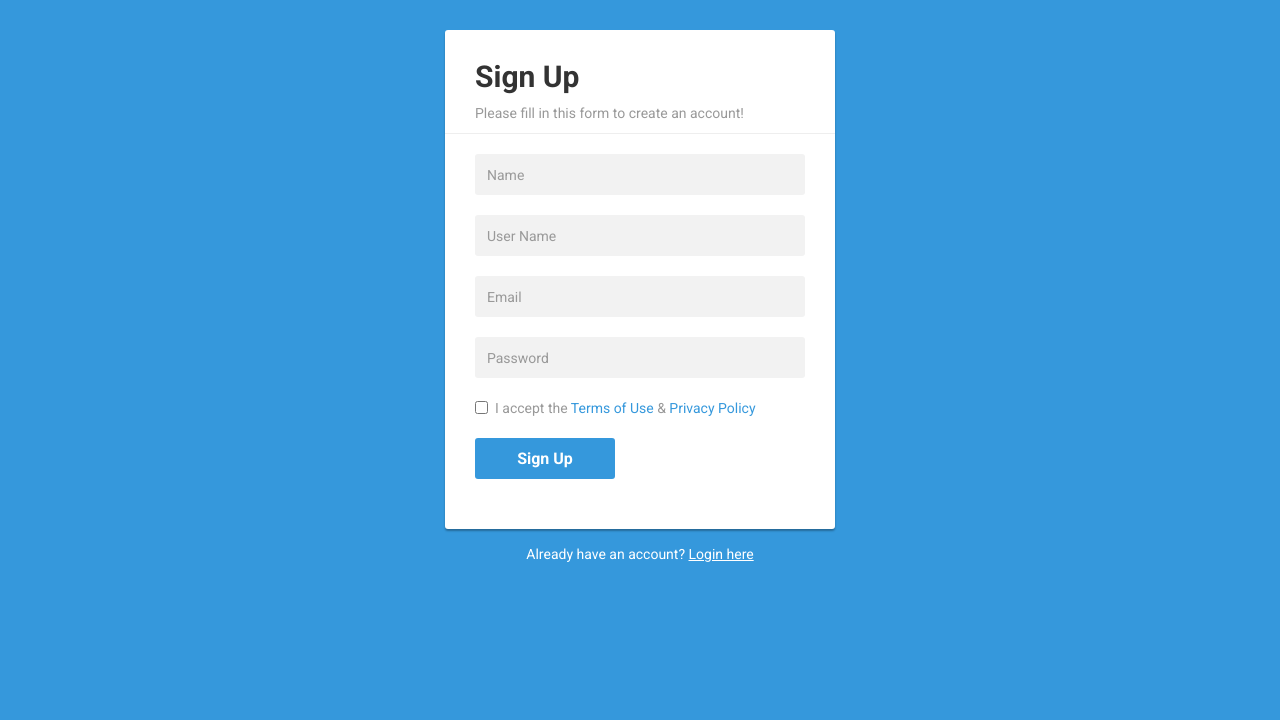
Repository: Rajat-Jain29/Java-Spring-Boot
Page: http://localhost/Registration/register.jsp
The author's editor kept a copy of each file at every save. The page is drawn from the files as they stood at one save, then again after the next save.
The browser window is 1280 px wide. The pictures show the whole page.
The page is served by Tomcat 9. Other server files are loaded and not shown.

Above is the page before, as saved 2021-03-21 09:24:15.

### Registration/Registration/WebContent/register.jsp
<%@ page language="java" contentType="text/html; charset=ISO-8859-1"
    pageEncoding="ISO-8859-1"%>
<!DOCTYPE html PUBLIC "-//W3C//DTD HTML 4.01 Transitional//EN" "http://www.w3.org/TR/html4/loose.dtd">
<html lang="en">
<head>
<meta charset="utf-8">
<meta http-equiv="X-UA-Compatible" content="IE=edge">
<meta name="viewport" content="width=device-width, initial-scale=1">
<link href="https://fonts.googleapis.com/css?family=Roboto:400,700" rel="stylesheet">
<title>SIGN UP FORM</title>
<link rel="stylesheet" href="https://maxcdn.bootstrapcdn.com/bootstrap/3.3.7/css/bootstrap.min.css">
<script src="https://ajax.googleapis.com/ajax/libs/jquery/1.12.4/jquery.min.js"></script>
<script src="https://maxcdn.bootstrapcdn.com/bootstrap/3.3.7/js/bootstrap.min.js"></script>
<style>
	body {
		color: #fff;
		background: #3598dc;
		font-family: 'Roboto', sans-serif;
	}
    .form-control{
		height: 41px;
		background: #f2f2f2;
		box-shadow: none !important;
		border: none;
	}
	.form-control:focus{
		background: #e2e2e2;
	}
    .form-control, .btn{
        border-radius: 3px;
    }
	.signup-form{
		width: 390px;
		margin: 30px auto;
	}
	.signup-form form{
		color: #999;
		border-radius: 3px;
    	margin-bottom: 15px;
        background: #fff;
        box-shadow: 0px 2px 2px rgba(0, 0, 0, 0.3);
        padding: 30px;
    }
	.signup-form h2 {
		color: #333;
		font-weight: bold;
        margin-top: 0;
    }
    .signup-form hr {
        margin: 0 -30px 20px;
    }
	.signup-form .form-group{
		margin-bottom: 20px;
	}
	.signup-form input[type="checkbox"]{
		margin-top: 3px;
	}
	.signup-form .row div:first-child{
		padding-right: 10px;
	}
	.signup-form .row div:last-child{
		padding-left: 10px;
	}
    .signup-form .btn{
        font-size: 16px;
        font-weight: bold;
		background: #3598dc;
		border: none;
		min-width: 140px;
    }
	.signup-form .btn:hover, .signup-form .btn:focus{
		background: #2389cd !important;
        outline: none;
	}
    .signup-form a{
		color: #fff;
		text-decoration: underline;
	}
	.signup-form a:hover{
		text-decoration: none;
	}
	.signup-form form a{
		color: #3598dc;
		text-decoration: none;
	}
	.signup-form form a:hover{
		text-decoration: underline;
	}
    .signup-form .hint-text {
		padding-bottom: 15px;
		text-align: center;
    }
</style>
</head>
<body>
<div class="signup-form">
    <form action="/examples/actions/confirmation.php" method="post">
		<h2>Sign Up</h2>
		<p>Please fill in this form to create an account!</p>
		<hr>
        <div class="form-group">

				<input type="text" class="form-control" name="Name" placeholder="Name" required="required">


        </div>
          <div class="form-group">

				<input type="text" class="form-control" name="username" placeholder="User Name" required="required">


        </div>


        <div class="form-group">
        	<input type="email" class="form-control" name="email" placeholder="Email" required="required">
        </div>
		<div class="form-group">
            <input type="password" class="form-control" name="password" placeholder="Password" required="required">
        </div>


        <div class="form-group">
			<label class="checkbox-inline"><input type="checkbox" required="required"> I accept the <a href="#">Terms of Use</a> &amp; <a href="#">Privacy Policy</a></label>
		</div>
		<div class="form-group">
            <button type="submit" class="btn btn-primary btn-lg">Sign Up</button>
        </div>
    </form>
	<div class="hint-text">Already have an account? <a href="#">Login here</a></div>
</div>
</body>
</html>

After the next save:
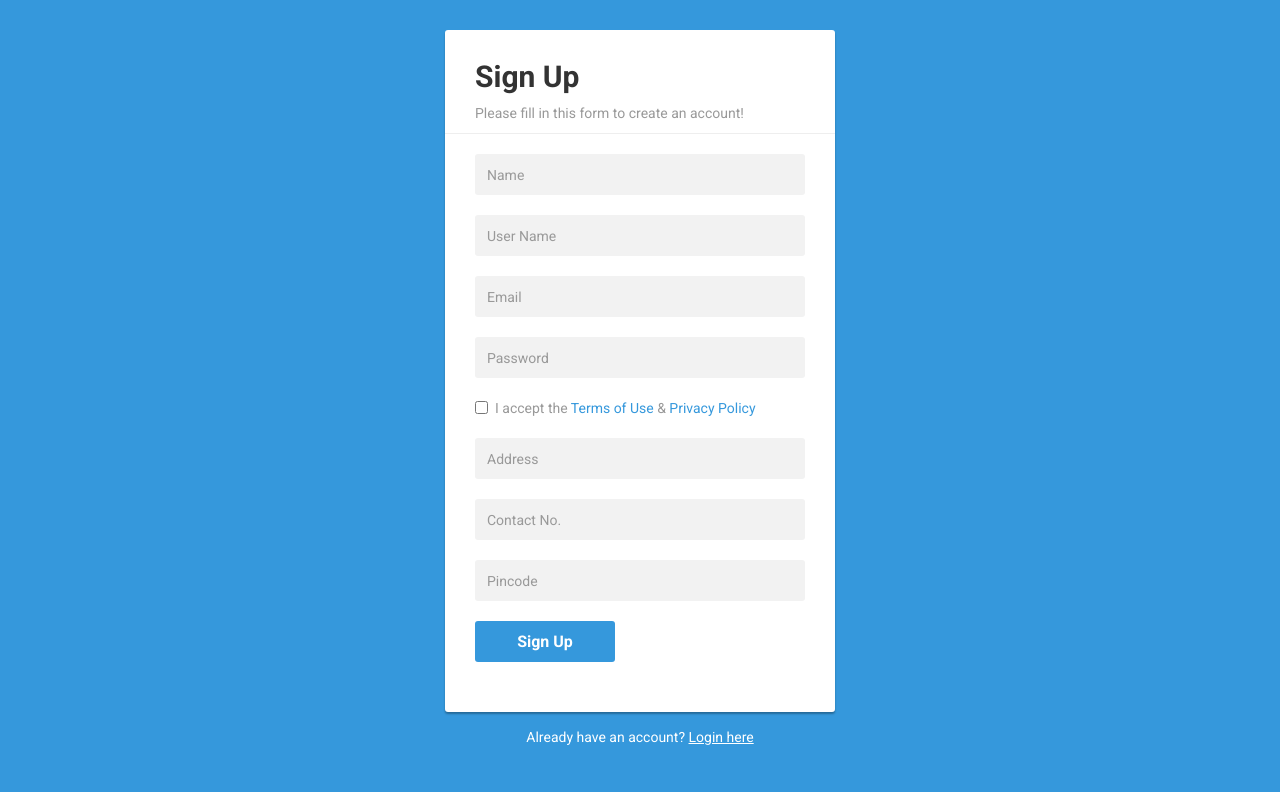
Saved 76 s later.
--- a/Registration/Registration/WebContent/register.jsp
+++ b/Registration/Registration/WebContent/register.jsp
@@ -123,6 +123,27 @@
         <div class="form-group">
 			<label class="checkbox-inline"><input type="checkbox" required="required"> I accept the <a href="#">Terms of Use</a> &amp; <a href="#">Privacy Policy</a></label>
 		</div>
+
+		  <div class="form-group">
+
+				<input type="text" class="form-control" name="address" placeholder="Address" required="required">
+
+
+        </div>
+
+          <div class="form-group">
+
+				<input type="text" class="form-control" name="phone" placeholder="Contact No." required="required">
+
+
+        </div>
+
+          <div class="form-group">
+
+				<input type="text" class="form-control" name="Pincode" placeholder="Pincode" required="required">
+
+
+        </div>
 		<div class="form-group">
             <button type="submit" class="btn btn-primary btn-lg">Sign Up</button>
         </div>
